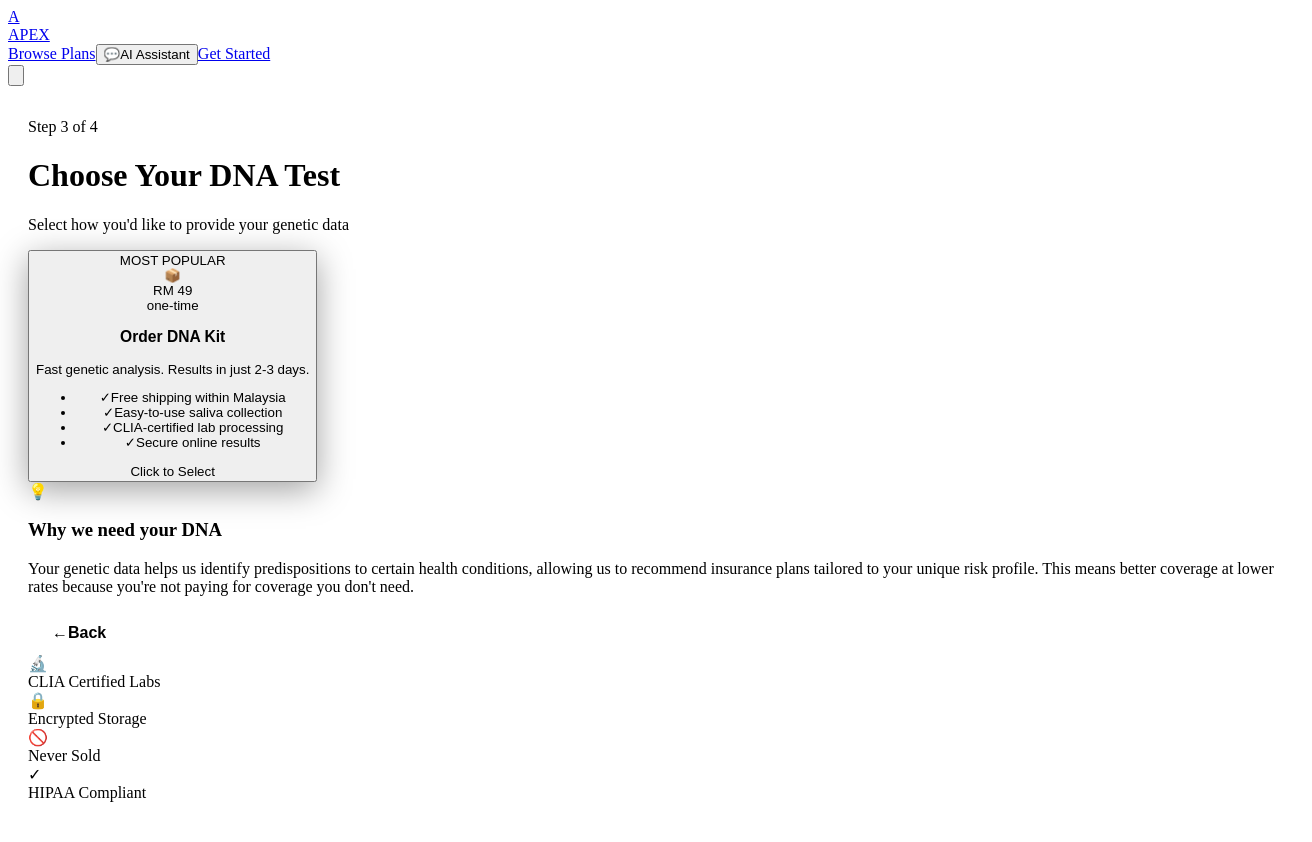
Repository: hmhhmm/Apex-AI-Driven-Insurance-Recommendation-System
Page: /onboarding/dna-test (app in client/)
These files come from the project's save history. The page is drawn as it stood at one moment and after the next save; the edit follows.
The browser window is 1280 px wide. The page is 1312 px wide, so the pictures cover 1312 px, including what lies to the right of the window. The pictures show the whole page.
The project was rebuilt for these pictures with package versions that can differ from the ones it lists, and the page was loaded fresh each time. Also part of the build but not shown: client/src/components/chat/ChatHeader.tsx, client/src/components/chat/ChatMessages.tsx, client/src/components/chat/QuickActions.tsx, client/src/components/chat/ChatInput.tsx, client/src/components/landing/ParticleBackground.tsx, client/src/components/landing/AnimatedHero.tsx, client/src/components/landing/DashboardCard.tsx, client/src/pages/Landing.tsx and 11 more.

Above is the page before, as saved 2025-11-01 21:05:06.

After the next save:
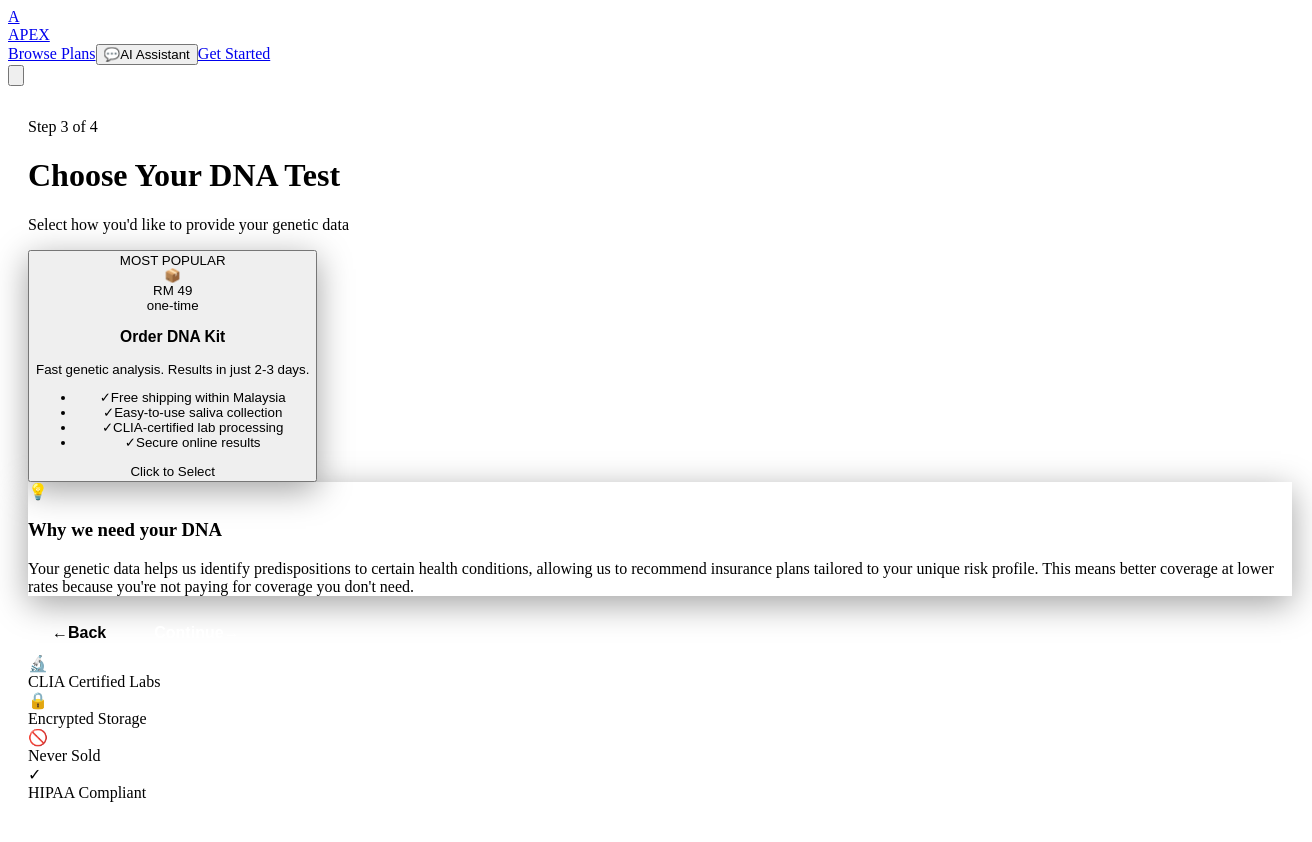
Saved 9 s later.
--- a/client/src/pages/onboarding/DNATestOptions/index.tsx
+++ b/client/src/pages/onboarding/DNATestOptions/index.tsx
@@ -155,7 +155,8 @@ export default function DNATestSelection() {
           initial={{ opacity: 0 }}
           animate={{ opacity: 1 }}
           transition={{ delay: 0.6 }}
-          className="card bg-blue-950/20 border-blue-800/30 mb-8"
+          className="backdrop-blur-2xl bg-gradient-to-br from-blue-500/[0.05] to-purple-500/[0.02] border border-blue-500/20 rounded-3xl p-6 mb-8"
+          style={{ boxShadow: '0 8px 32px 0 rgba(0, 0, 0, 0.37)' }}
         >
           <div className="flex items-start gap-4">
             <div className="text-3xl">💡</div>
